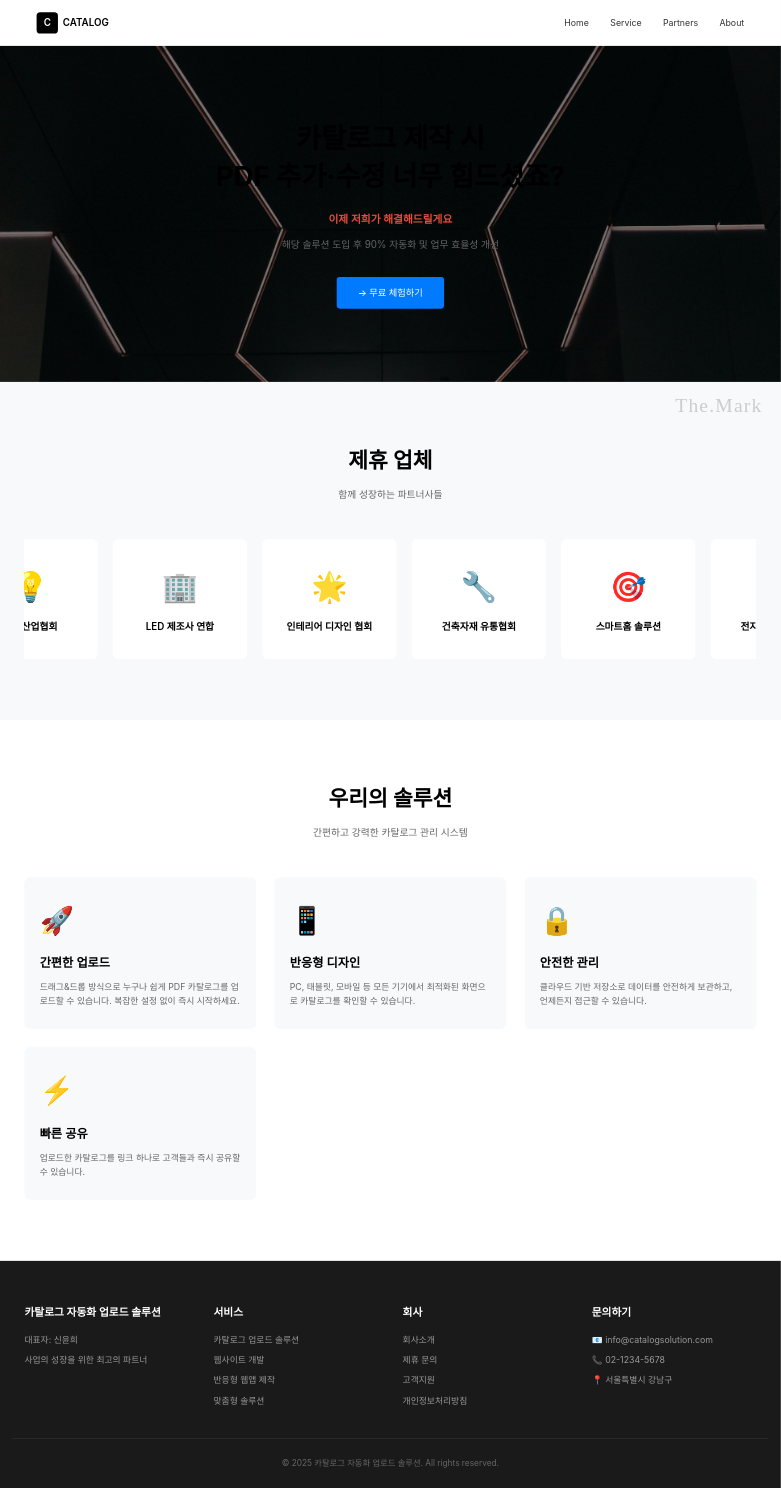
Repository: ororso11/catamaster
Page: index.html
The author's editor kept a copy of each file at every save. The page is drawn from the files as they stood at one save, then again after the next save.
The browser window is 1280 px wide. The pictures show the whole page, at 61% of full size.

Above is the page before, as saved 2025-10-04 23:15:22.

After the next save:
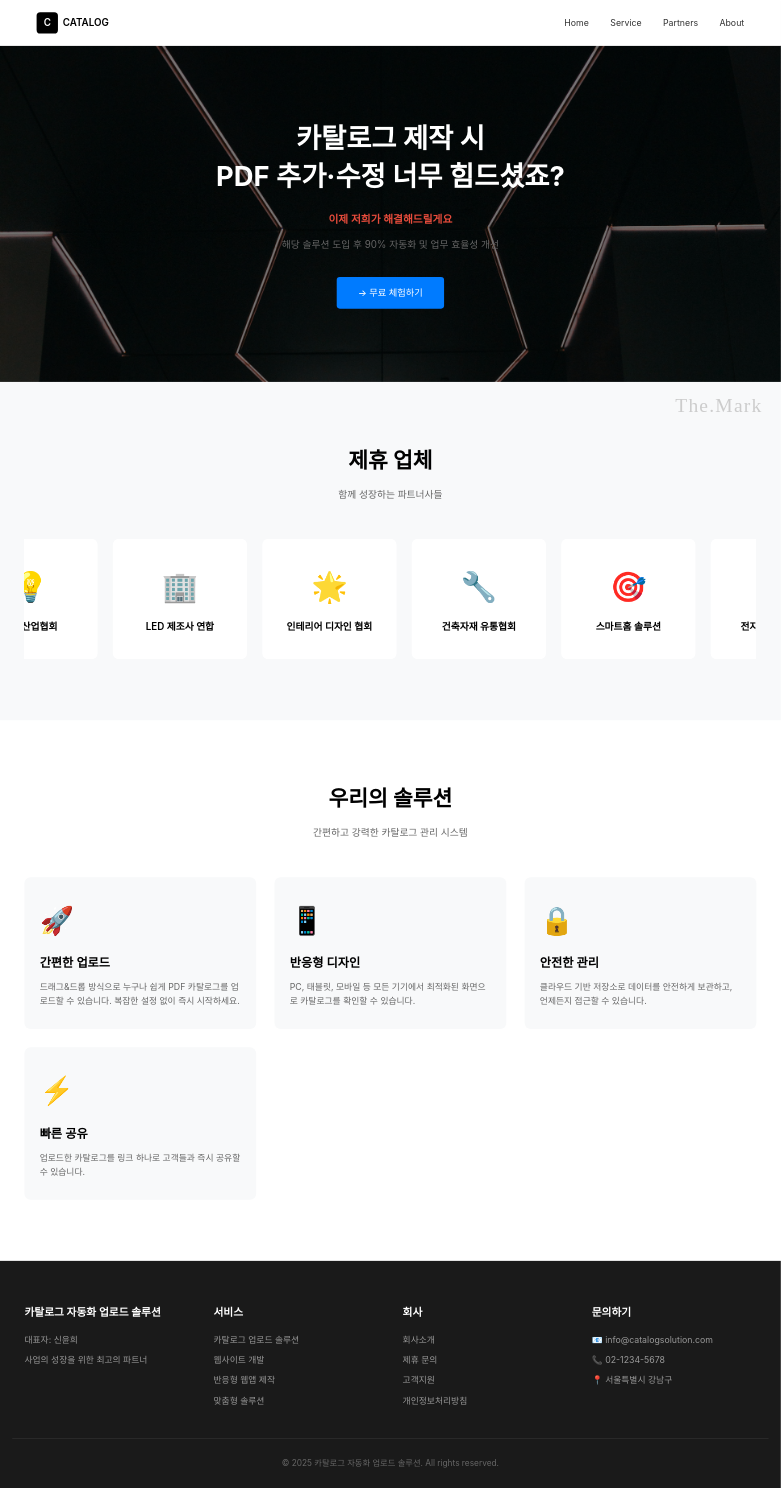
Saved 96 s later.
--- a/style.css
+++ b/style.css
@@ -118,7 +118,7 @@ nav a:hover {
     font-size: 2.8rem;
     font-weight: 700;
     margin-bottom: 25px;
-    color: #000;
+    color: #fff;              /* 흰색으로 변경 */
     line-height: 1.4;
 }
 
